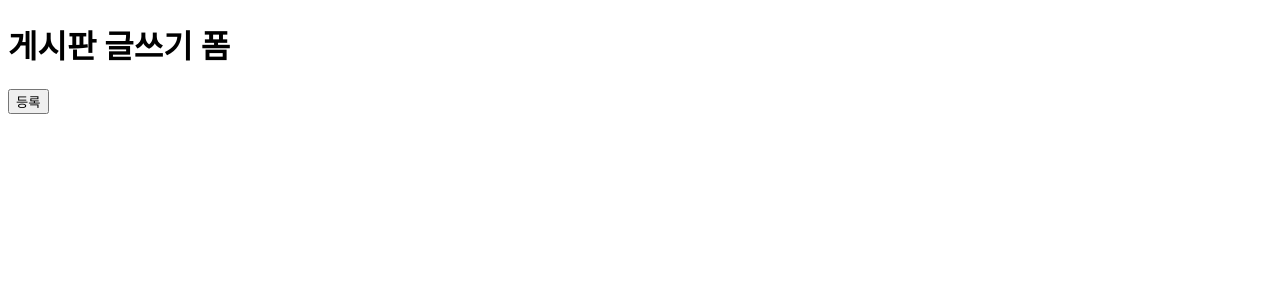
Repository: nsj2204/spring2
Page: http://localhost/ex01/board/write.do
These files come from the project's save history. The page is drawn as it stood at one moment and after the next save; the edit follows.
The browser window is 1280 px wide. The pictures show the whole page.
The page is served by Tomcat 9.

Above is the page before, as saved 2023-04-06 01:29:40.

After the next save:
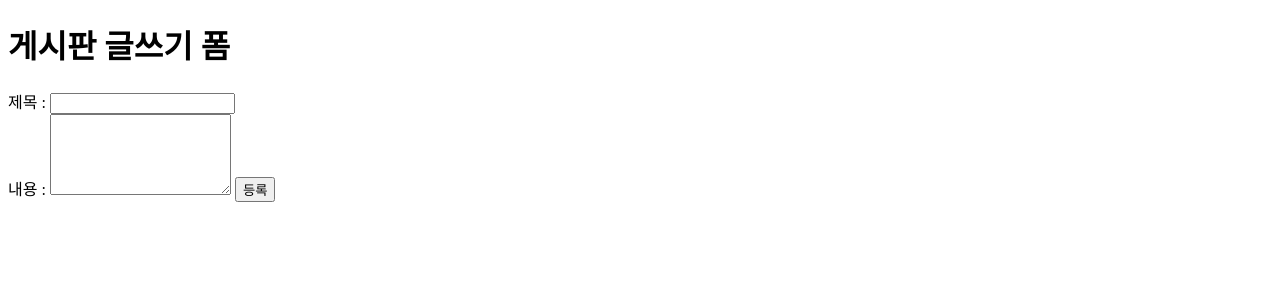
Saved 100 s later.
--- a/ex01/src/main/webapp/WEB-INF/views/board/write.jsp
+++ b/ex01/src/main/webapp/WEB-INF/views/board/write.jsp
@@ -9,6 +9,8 @@
 <body>
 <h1>게시판 글쓰기 폼</h1>
 <form action="write.do" method="post">
+제목 : <input name="title"><br/>
+내용 : <textarea rows="5" cols="content"></textarea>
 <button>등록</button>
 </form>
 </body>
